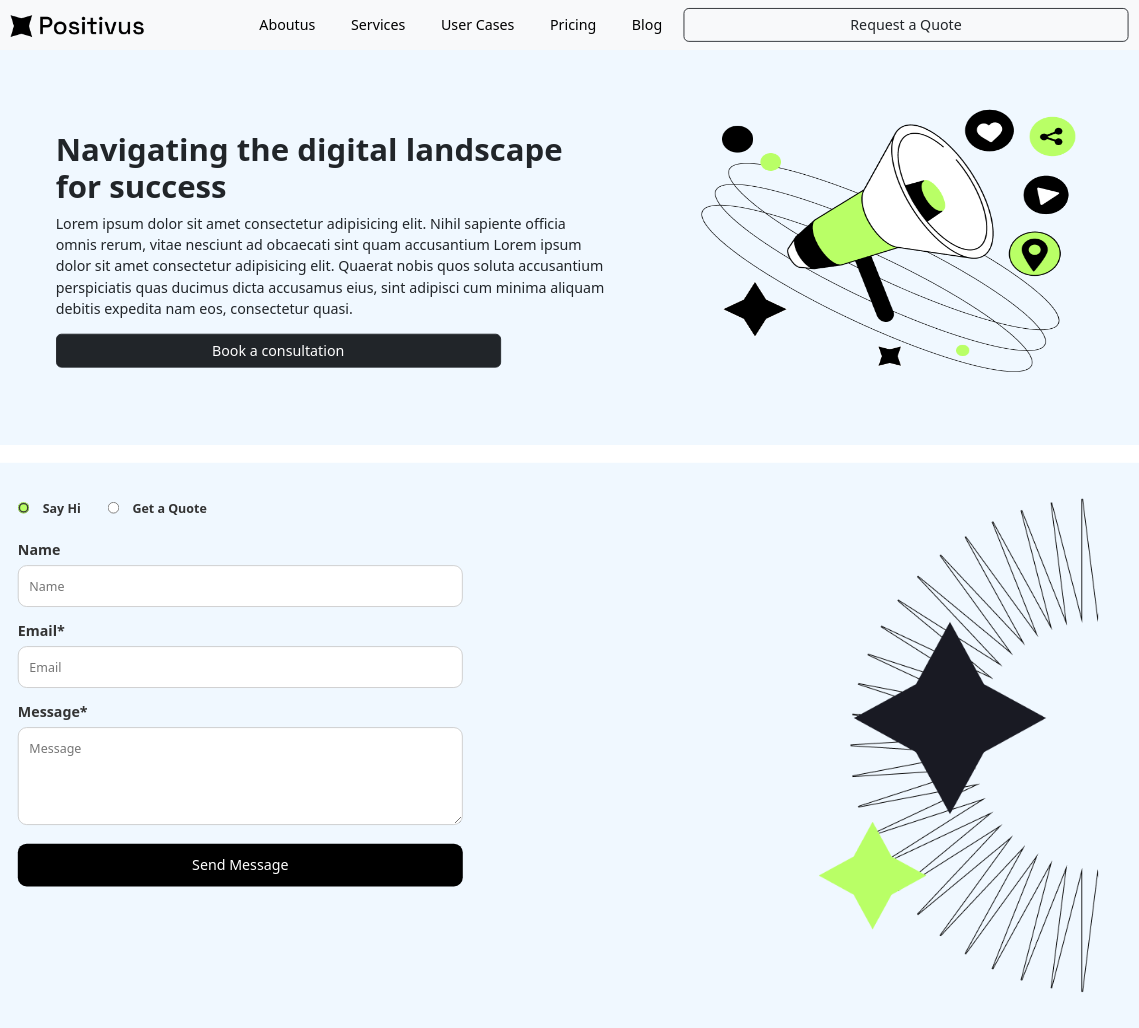
Repository: inshaabbas/CSS-Hackathon-SMIT
Page: index.html
An editor plug-in stored every save of this project. The page is shown before and after the next save, followed by the edit.
The browser window is 1280 px wide. The pictures show the whole page, at 89% of full size.

Above is the page before, as saved 2025-06-25 10:13:52.

### index.html
<!DOCTYPE html>
<html lang="en">
<head>
    <meta charset="UTF-8">
    <meta name="viewport" content="width=device-width, initial-scale=1.0">
    <title>CSS Hackathon</title>
    <!-- Bootstrap CDN -->
     <link href="https://cdn.jsdelivr.net/npm/bootstrap@5.3.7/dist/css/bootstrap.min.css" rel="stylesheet" integrity="sha384-LN+7fdVzj6u52u30Kp6M/trliBMCMKTyK833zpbD+pXdCLuTusPj697FH4R/5mcr" crossorigin="anonymous">
    <!-- Font Awesome CDN -->
     <link rel="stylesheet" href="https://cdnjs.cloudflare.com/ajax/libs/font-awesome/6.7.2/css/all.min.css" integrity="sha512-Evv84Mr4kqVGRNSgIGL/F/aIDqQb7xQ2vcrdIwxfjThSH8CSR7PBEakCr51Ck+w+/U6swU2Im1vVX0SVk9ABhg==" crossorigin="anonymous" referrerpolicy="no-referrer"/>
    <!-- External Style Sheet -->
     <link rel="stylesheet" href="./style.css">
</head>
<body>
    <!-- Header Section Starts -->
    <header class="container-xxl">
      <div class="fixed-top">
         <nav class="navbar navbar-expand-lg bg-body-tertiary">
  <div class="container-fluid">
    <a class="navbar-brand" href="#"><img src="./Assets/logo.png" alt="Logo" width="150px"></a>
    <button class="navbar-toggler" type="button" data-bs-toggle="collapse" data-bs-target="#navbarSupportedContent" aria-controls="navbarSupportedContent" aria-expanded="false" aria-label="Toggle navigation">
      <span class="navbar-toggler-icon"></span>
    </button>
    <div class="collapse navbar-collapse" id="navbarSupportedContent">
      <ul class="navbar-nav ms-auto me-3 gap-4 mb-2 mb-lg-0">
        <li class="nav-item">
          <a class="nav-link active" aria-current="page" href="#">Aboutus</a>
        </li>
        <li class="nav-item">
          <a class="nav-link active" href="#">Services</a>
        </li>
        <li class="nav-item">
          <a class="nav-link active" aria-disabled="true">User Cases</a>
        </li>
        <li class="nav-item">
          <a class="nav-link active" aria-current="page" href="#">Pricing</a>
        </li>
        <li class="nav-item">
          <a class="nav-link active" aria-current="page" href="#">Blog</a>
        </li>
      </ul>
        <button class="btn btn-outline-dark" type="submit">Request a Quote</button>
      </form>
    </div>
  </div>
</nav>
      </div>
    </header>
    <!-- Header Section Ends -->

    <!-- Hero Section Starts -->
     <section class="hero-sec container-xxl">
        <div class="hero-text">
            <h2>Navigating the digital landscape for success</h2>
            <p>Lorem ipsum dolor sit amet consectetur adipisicing elit. Nihil sapiente officia omnis rerum, vitae nesciunt ad obcaecati sint quam accusantium Lorem ipsum dolor sit amet consectetur adipisicing elit. Quaerat nobis quos soluta accusantium perspiciatis quas ducimus dicta accusamus eius, sint adipisci cum minima aliquam debitis expedita nam eos, consectetur quasi.</p>
            <button type="button" class="btn btn-dark">Book a consultation</button>
        </div>
        <div class="hero-img">
            <img src="./Assets/hero-sec-img.png" alt="Hero Section Img" width="450px" height="330px">
        </div>
     </section>
    <!-- Hero Section Ends -->

     <!-- Contact section Starts -->
     <section class="contact-section">
      <div class="contact-form">
        <form>
          <!-- Radio Buttons -->
          <div class="radio-group">
            <label><input type="radio" name="purpose" checked>Say Hi</label>
            <label><input type="radio" name="purpose"> Get a Quote</label>
          </div>

          <!-- Name -->
          <div class="form-group">
            <label for="name">Name</label>
            <input type="text" id="name" name="name" placeholder="Name" required>
          </div>

          <!-- Email -->
          <div class="form-group">
            <label for="email">Email*</label>
            <input type="email" id="email" name="email" placeholder="Email" required>
          </div>

          <!-- Message -->
          <div class="form-group">
            <label for="message">Message*</label>
            <textarea id="message" name="message" placeholder="Message" rows="4" required></textarea>
          </div>

          <!-- Button -->
          <button type="submit">Send Message</button>
        </form>
       </div>
      <div class="contact-image">
        <img src="./Assets/Contact-img.png" alt="Contact img" width="400px">
      </div>
     </section>







<script src="https://cdn.jsdelivr.net/npm/@popperjs/core@2.11.8/dist/umd/popper.min.js" integrity="sha384-I7E8VVD/ismYTF4hNIPjVp/Zjvgyol6VFvRkX/vR+Vc4jQkC+hVqc2pM8ODewa9r" crossorigin="anonymous"></script>
<script src="https://cdn.jsdelivr.net/npm/bootstrap@5.3.7/dist/js/bootstrap.min.js" integrity="sha384-7qAoOXltbVP82dhxHAUje59V5r2YsVfBafyUDxEdApLPmcdhBPg1DKg1ERo0BZlK" crossorigin="anonymous"></script>
</body>
</html>

### style.css
.hover-img{
    transition: transform 0.3s ease;
}

.hover-img:hover{
    transform: scale(1.1);
}

.hero-sec{
    display: flex;
    justify-content: space-around;
    align-items: center;
    padding: 20px;
    height: 500px;
    background-color: aliceblue;
    padding-top: 80px;
}

.hero-text{
    width: 50%;
}

.hero-text h2{
    font-size: 35px;
    font-weight: bold;
}

@media screen and (max-width: 1010px) {
    .hero-img img{
        width: 350px;
        height: 300px;
    }
    .hero-sec{
        height: auto;
    }
}

@media screen and (max-width: 800px){
    .hero-sec{
        flex-direction: column;
        gap: 50px;
    }

    .hero-text{
    width: 100%;
}
}

/* Hero Section End */

/* Contact Section Starts */

.contact-section{
    display: flex;
    justify-content: space-between;
    /* gap: 70px; */
    /* height: 400px; */
    height: auto;
    background-color: aliceblue;
    margin-top: 20px;
    padding: 40px 0px 40px 20px
}

.contact-form{
    /* background-color: pink; */
    width: 100%;
}

.radio-group {
  display: flex;
  gap: 30px;
  margin-bottom: 20px;
  font-size: 14px;
  /* background-color: pink; */
}

.radio-group label{
  display: flex;
  align-items: center;
  gap: 15px;
  font-size: 14px;
  color: #333;
  cursor: pointer;
  /* width: 100px; */
  white-space: nowrap
}


input[type="radio"] {
  accent-color: #b9ff66;
}

.form-group {
  margin-bottom: 15px;
}

label {
  display: block;
  margin-bottom: 5px;
  font-weight: bold;
  color: #333;
}

input,
textarea {
  width: 100%;
  max-width: 500px;
  padding: 12px;
  font-size: 14px;
  border: 1px solid #ccc;
  border-radius: 10px;
  box-sizing: border-box;
}

button {
  background-color: #000;
  color: #fff;
  border: none;
  padding: 12px;
  width: 100%;
  max-width: 500px;
  border-radius: 10px;
  font-size: 16px;
  cursor: pointer;
  transition: background-color 0.3s;
}

button:hover {
  background-color: #333;
}

.contact-image {
  flex: 1;
  text-align: right; /* aligns image to the right inside the div */
  min-width: 360px;
  overflow-x: hidden;
}

After the next save:
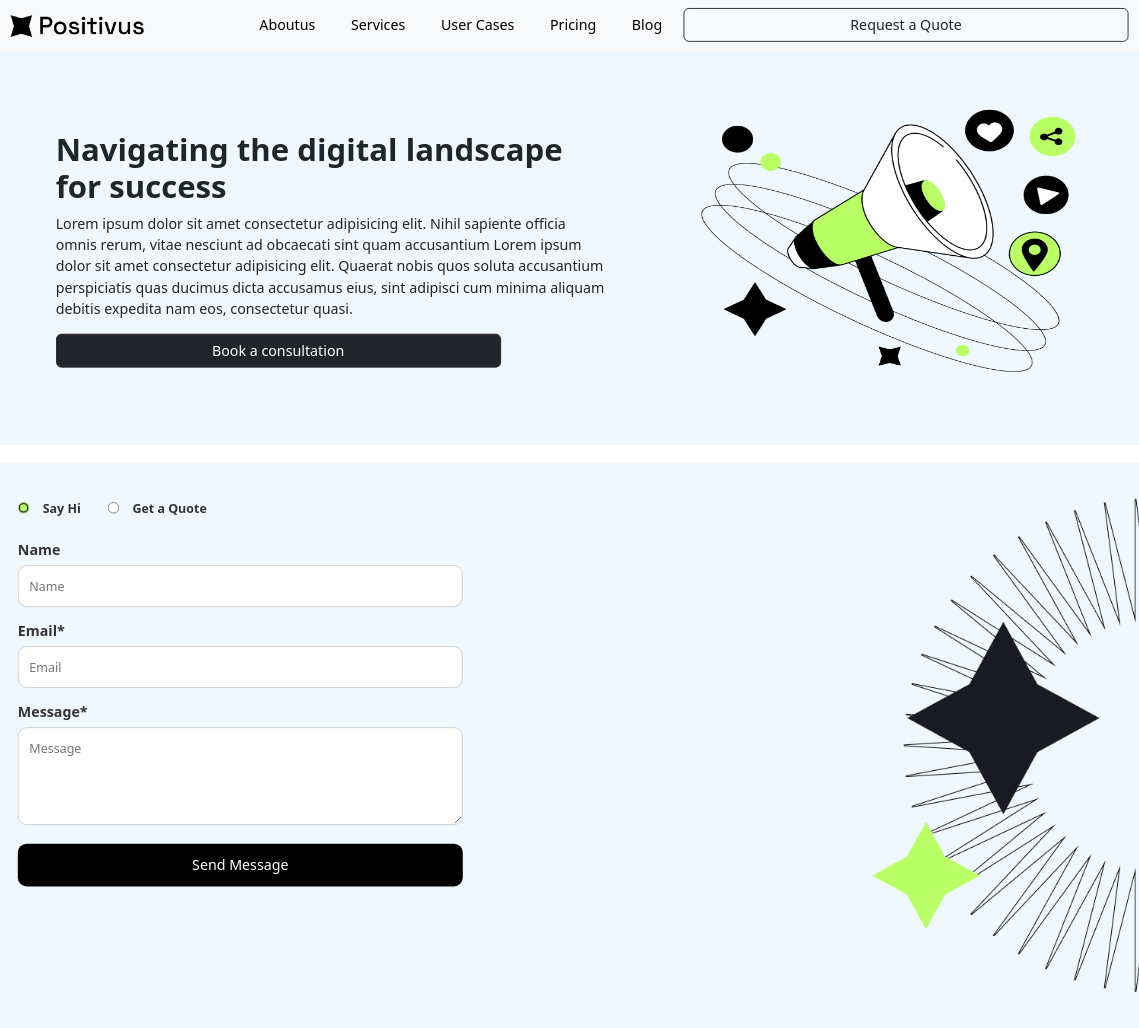
Saved 9 s later.
--- a/style.css
+++ b/style.css
@@ -132,6 +132,6 @@ button:hover {
 .contact-image {
   flex: 1;
   text-align: right; /* aligns image to the right inside the div */
-  min-width: 360px;
+  min-width: 300px;
   overflow-x: hidden;
 }
